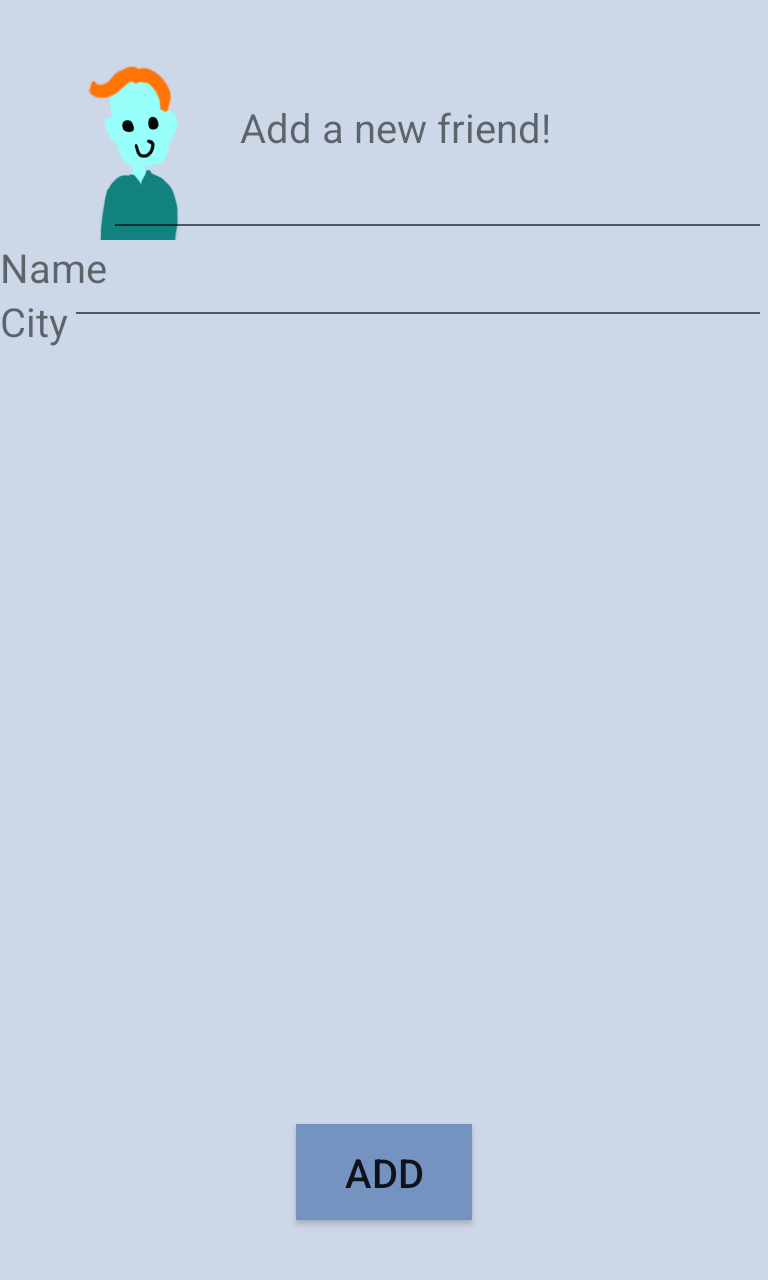
Repository: hinasakazaki/WeatherWithFriends
Layout: WeatherWithFriends/res/layout/add_fragment.xml
The author's editor kept a copy of each file at every save. The layout is drawn from the files as they stood at one save, then again after the next save.
It is drawn on a 768 x 1280 px phone screen (xhdpi) without system bars, with theme AppTheme; the app's code is not run.

Above is the layout before, as saved 2014-06-09 22:27:27.

### WeatherWithFriends/res/layout/add_fragment.xml
<?xml version="1.0" encoding="utf-8"?>
<RelativeLayout xmlns:android="http://schemas.android.com/apk/res/android"
    android:layout_width="match_parent"
    android:layout_height="match_parent"
    android:orientation="vertical"
    android:background="#ccd7e8" >

    <!-- first row -->
	   <ImageView android:id="@+id/icon"
        android:layout_width="100dp"
        android:layout_height="100dp"
        android:layout_alignParentTop="true"
        android:layout_marginTop="20dp"
        android:layout_marginLeft="20dp"
        android:src="@drawable/mike"
        />
	   <TextView
    	    android:id="@+id/title"
    	    android:layout_width="wrap_content"
    	    android:layout_height="wrap_content"
    	    android:layout_toRightOf="@+id/icon"
    	    android:text="Add a new friend!"
    	    android:textSize="20dp"
    	    android:layout_marginTop="50dp"/>

	<!--  second row -->

	   <TextView
    	    android:id="@+id/Name"
    	    android:layout_width="wrap_content"
    	    android:layout_height="wrap_content"
    	    android:layout_alignParentLeft="true"
    	    android:layout_below="@id/icon"
    	    android:textSize="20dp"
    	    android:text="Name" />
	   <EditText
	       android:id="@+id/nameEdit"
	        android:layout_width="wrap_content"
    	    android:layout_height="wrap_content"
    	    android:layout_alignParentRight="true"
    	    android:layout_toRightOf="@id/Name"
    	    android:layout_below="@id/title"
    	     android:textSize="20dp"
    	    />

	 <!-- third row -->

	   <TextView
    	    android:id="@+id/city"
    	    android:layout_width="wrap_content"
    	    android:layout_height="wrap_content"
    	    android:layout_alignParentLeft="true"
    	    android:layout_below="@id/Name"
    	    android:textSize="20dp"
    	    android:text="City" />

	   <EditText
	       android:id="@+id/cityEdit"
	        android:layout_width="wrap_content"
    	    android:layout_height="wrap_content"
    	    android:layout_alignParentRight="true"
    	    android:layout_toRightOf="@id/city"
    	    android:layout_below="@id/nameEdit"
    	     android:textSize="20dp"
    	    />

    	<Button
            android:id="@+id/addButton"
            android:layout_height="wrap_content"
            android:layout_width="wrap_content"
            android:text="Add"
            android:background = "#7493c0"
            android:textSize="20dp"
            android:paddingLeft="20dp"
            android:paddingRight="20dp"
            android:layout_alignParentBottom="true"
            android:layout_marginBottom="30dp"
            android:layout_centerHorizontal="true"
            />



</RelativeLayout>

### WeatherWithFriends/res/values/styles.xml
<resources>

    <!--
        Base application theme, dependent on API level. This theme is replaced
        by AppBaseTheme from res/values-vXX/styles.xml on newer devices.
    -->
      <style name="AppBaseTheme" parent="android:Theme.Light">
        <!--
            Theme customizations available in newer API levels can go in
            res/values-vXX/styles.xml, while customizations related to
            backward-compatibility can go here.
        -->
    </style>

    <!-- Application theme. -->
    <style name="AppTheme" parent="AppBaseTheme">
        <!-- All customizations that are NOT specific to a particular API-level can go here. -->
    </style>

</resources>

Loaded but not shown: WeatherWithFriends/res/values-v11/styles.xml (common file); WeatherWithFriends/res/values-v14/styles.xml (common file)

After the next save:
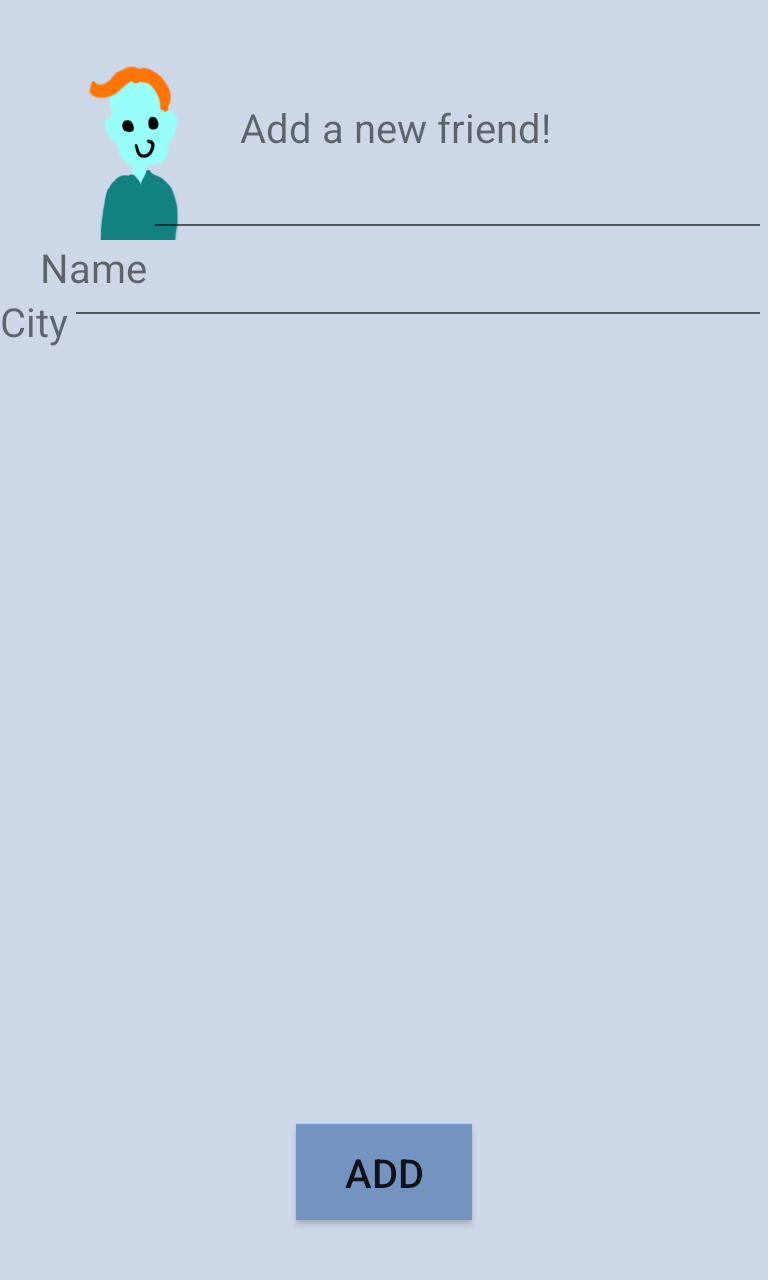
Saved 53 s later.
--- a/WeatherWithFriends/res/layout/add_fragment.xml
+++ b/WeatherWithFriends/res/layout/add_fragment.xml
@@ -32,7 +32,8 @@
     	    android:layout_alignParentLeft="true"
     	    android:layout_below="@id/icon"
     	    android:textSize="20dp"
-    	    android:text="Name" />
+    	    android:text="Name"
+    	    android:layout_marginLeft="20dp"/>
 	   <EditText
 	       android:id="@+id/nameEdit"
 	        android:layout_width="wrap_content"
